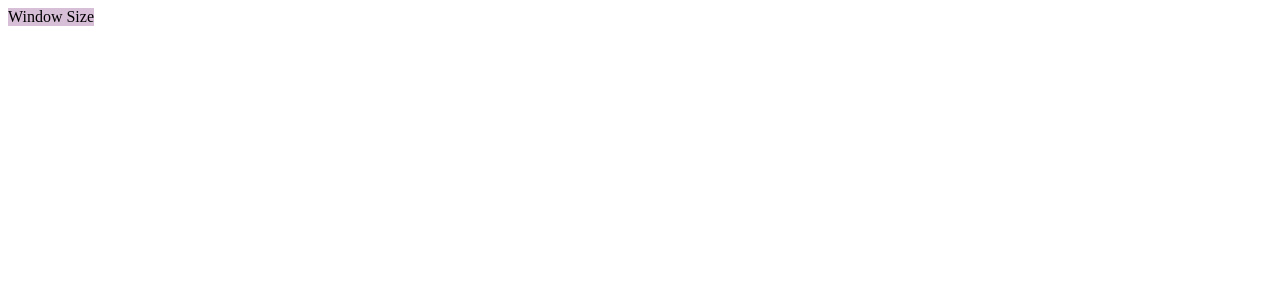
Repository: woojinShim/Browser-Study
Page: window_size.html
These files come from the project's save history. The page is drawn as it stood at one moment and after the next save; the edit follows.
The browser window is 1280 px wide. The pictures show the whole page.

Above is the page before, as saved 2022-02-02 12:03:50.

After the next save:
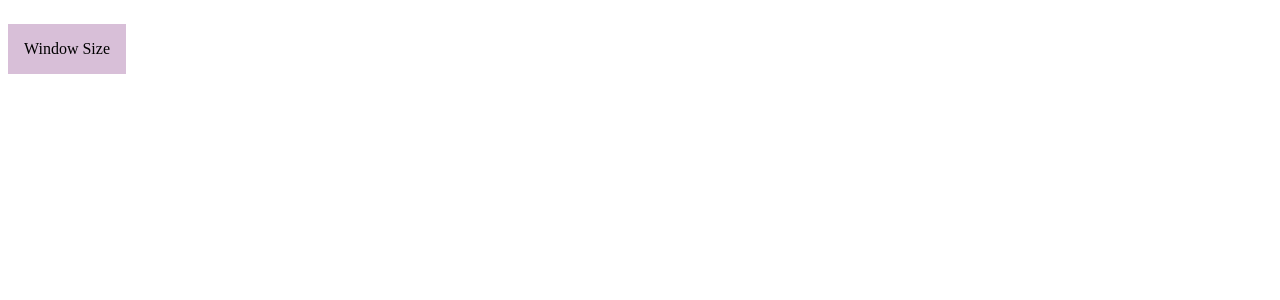
Saved 18 s later.
--- a/window_size.html
+++ b/window_size.html
@@ -9,6 +9,8 @@
         .tag {
             display: inline-block;
             background: thistle;
+            padding: 16px;
+            margin-top: 16px;
         }
     </style>
 </head>
